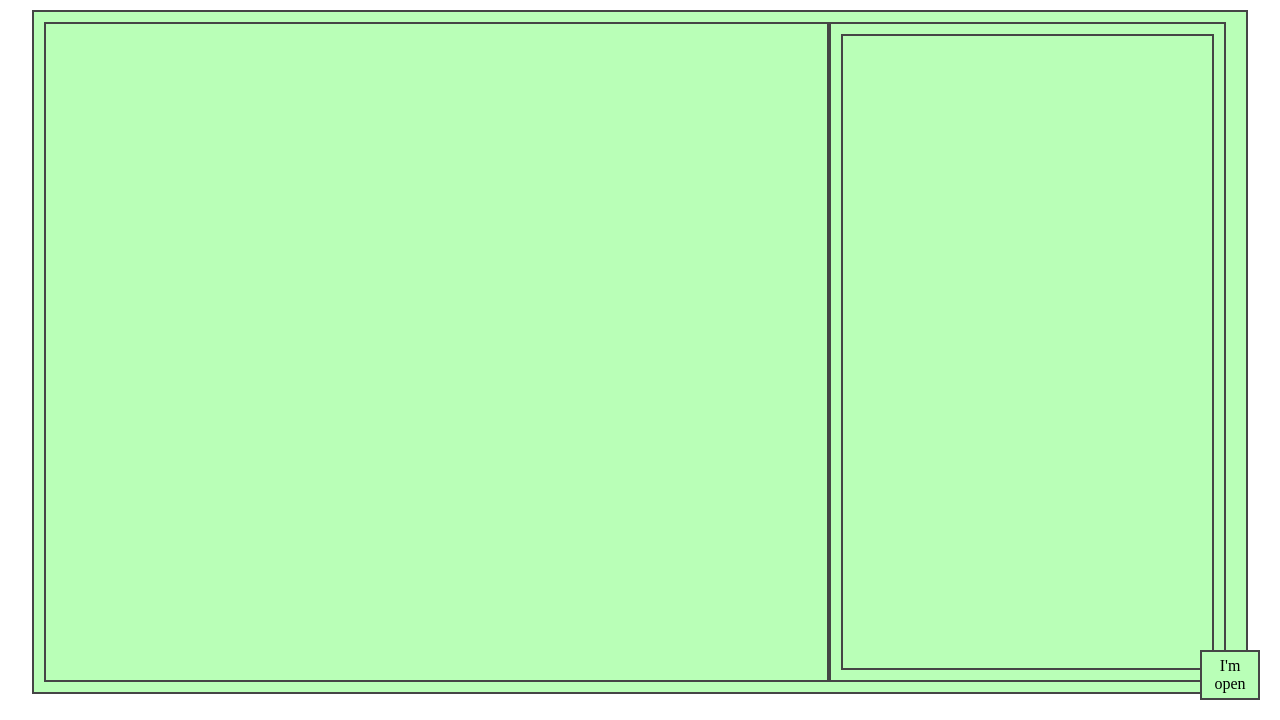
Repository: tannerbroberts/tannerbroberts.github.io
Page: /
An editor plug-in stored every save of this project. The page is shown before and after the next save, followed by the edit.
The browser window is 1280 px wide. The pictures show the whole page.
The project was rebuilt for these pictures with package versions that can differ from the ones it lists, and the page was loaded fresh each time. Also part of the build but not shown: vite.config.ts.

Above is the page before, as saved 2022-10-04 10:16:14.

### src/index.js
import React from "react"
import ReactDOM from "react-dom/client"
import App from "./App"
import ATP_ContextProvider from "./providers/ATP_Context"

const root = ReactDOM.createRoot(document.getElementById("root"))
root.render(
	<React.StrictMode>
		<ATP_ContextProvider>
			<React.StrictMode>
				<App />
			</React.StrictMode>
		</ATP_ContextProvider>
	</React.StrictMode>
)

### src/App.js
import React from "react"
import { cssHelper } from "./api/cssHelper"
import Main from "./components/Main"
import Shelf from "./components/Shelf"

function App() {
	const AppCSS = {
		...cssHelper,
		height: "95vh",
		width: "95vw",
		marginTop: "10px",
		display: "flex",
		position: "relative",
	}

	return (
		<div style={AppCSS}>
			<Main />
			<Shelf />
		</div>
	)
}

export default App

### src/providers/ATP_Context.js
/* eslint-disable react/prop-types */
import React, { useContext, useReducer, createContext } from "react"
import ATP_Reducer, { initialState } from "./ATP_Reducer"

export const ATP_StateContext = createContext()
export const ATP_DispatchContext = createContext()

export default function ATP_ContextProvider({ children }) {
	const [state, dispatch] = useReducer(ATP_Reducer, initialState)

	return (
		<ATP_StateContext.Provider value={state}>
			<ATP_DispatchContext.Provider value={dispatch}>
				{children}
			</ATP_DispatchContext.Provider>
		</ATP_StateContext.Provider>
	)
}

export const useATP_StateContext = () => useContext(ATP_StateContext)
export const useATP_DispatchContext = () =>
	useContext(ATP_DispatchContext)

### src/api/cssHelper.js
export const cssHelper = {
	boxSizing: "border-box",

	height: "100%",
	width: "100%",
	// border: "2px solid black",
	margin: "auto",
	padding: "10px",
	gap: "10px",
	display: "grid",
	// gridTemplateRows / gridTemplateColumns
	gridTemplate: "1fr / 1fr",
	backgroundColor: "rgb(185, 255, 183)",
	border: "2px solid rgb(69, 69, 69)",
}

export const mainColor = {
	backgroundColor: "blue",
}

### src/components/Shelf/index.js
export { default } from "./Shelf"

### src/providers/ATP_Reducer.js
export const initialState = {
	mainStack: [
		/* main frames */
		{ frameType: "", value: "" },
	],
	shelf: {
		/* directly corresponds to the main frame */
	},
	shelfOpen: true,
	library: [
		/* All items live here. Eventually, they're going to be returned from the server */
	],
	filters: [
		/* object list of matchers
		{complexVariableMatcher: criteria list}
		{nameContains: STRING},
		{containsVariable: VARIABLE_ID},
		{color: COLOR},
		{pattern: PATTERN},
		{owner: USER_ID},
		{createdBy: DATE},
		{length: TIME_LENGTH},
		{pattern: PATTERN},
		*/
	],
}

function loadFrame(state, action) {
	const stack = state.mainFrame
	stack.push(action.value)
	return { ...state, mainFrame: stack }
}

function closeFrame(state) {
	const stack = state.mainFrame
	stack.pop()
	return { ...state, mainFrame: stack }
}

function toggleShelf(state) {
	return { ...state, shelfOpen: !state?.shelfOpen }
}

const dispatchDictionary = {
	LOAD_FRAME: loadFrame,
	CLOSE_FRAME: closeFrame,
	TOGGLE_SHELF: toggleShelf,
}

export default function ATP_Reducer(state, action) {
	console.log('calling a reducer function now')
	if (action.type && dispatchDictionary[action.type])
		return dispatchDictionary[action.type](state, action)
}

### src/components/Main/Main.js
import React from "react"
import { cssHelper } from "../../api/cssHelper"

const MainCSS = {
	...cssHelper,
	width: "100%",
}

export default function Main() {
	return <div style={MainCSS} />
}

### src/components/Shelf/Shelf.js
/* eslint-disable react/prop-types */
import React from "react"
import { cssHelper } from "../../api/cssHelper"
import ShelfToggle from "./ShelfToggle"
import { useATP_StateContext } from "../../providers/ATP_Context"

const shelfContentCSS = (openStatus) => {
	const obj = { ...cssHelper }
	openStatus ? '' : (obj.display = "none")

	return obj
}

const shelfCSS = (openStatus) => {
	const obj = { ...cssHelper, position: "relative", width: "50%" }
	openStatus ? obj.right = "10px" : (obj.right = "-100px")

	return obj
}

export default function Shelf() {
	const { shelfOpen } = useATP_StateContext()

	return (
		<div style={shelfCSS(shelfOpen)}>
			<div style={shelfContentCSS(shelfOpen)}></div> {/** content area */}
			<ShelfToggle />
		</div>
	)
}

### src/components/Shelf/ShelfToggle/index.js
export { default } from './ShelfToggle'

### src/components/Shelf/ShelfToggle/ShelfToggle.js
/* eslint-disable react/prop-types */
import React from "react"
import { useATP_StateContext } from "../../../providers/ATP_Context"
import { useATP_DispatchContext } from "../../../providers/ATP_Context"
import { cssHelper } from '../../../api/cssHelper'

export default function ShelfToggle() {
	const state = useATP_StateContext()
	const dispatch = useATP_DispatchContext()

	const shelfToggleCSS = {
		...cssHelper,
		position: "fixed",
		bottom: "20px",
		right: "20px",
		height: "50px",
		width: "60px",
		padding: "5px",
		textAlign: "center",
	}

	return (
		<div
			style={shelfToggleCSS}
			onClick={() => dispatch({ type: "TOGGLE_SHELF" })}
		>
			{state?.shelfOpen ? "I'm open" : "I'm closed"}
		</div>
	)
}

Loaded but not shown: public/index.html (common file); src/components/Main/index.js (common file)

After the next save:
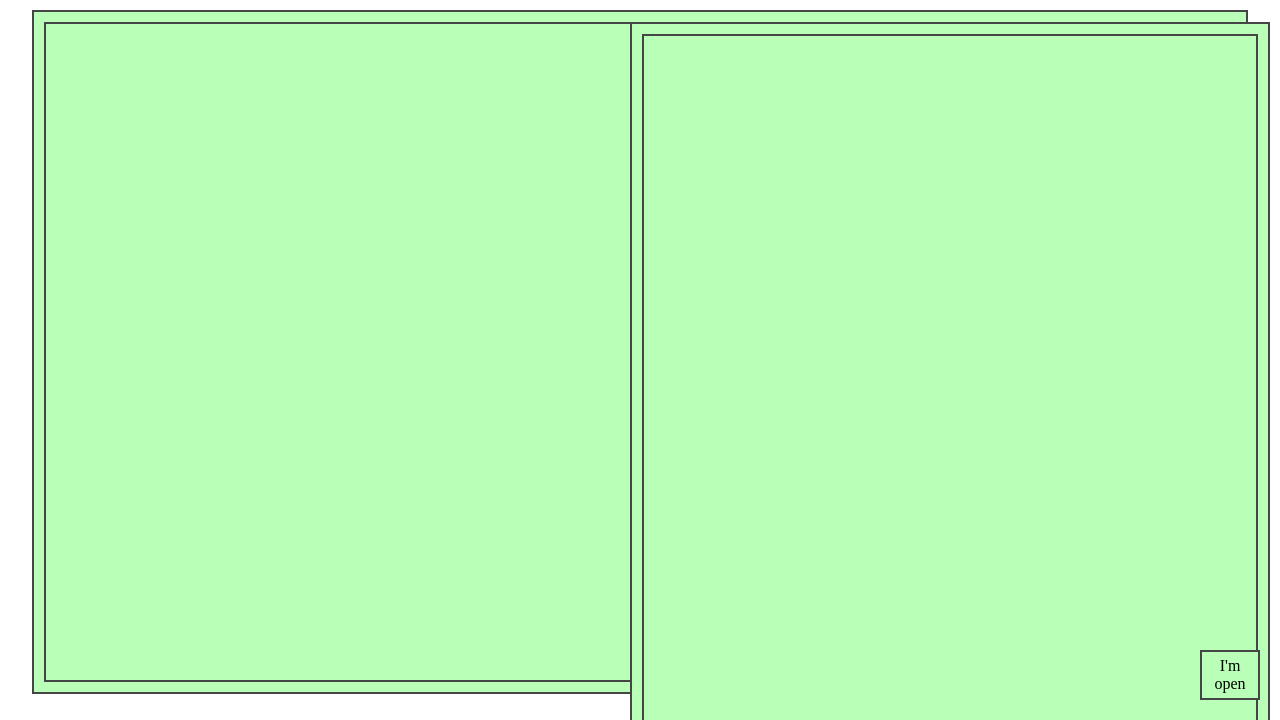
Saved 18 s later.
--- a/src/components/Shelf/Shelf.js
+++ b/src/components/Shelf/Shelf.js
@@ -12,7 +12,7 @@ const shelfContentCSS = (openStatus) => {
 }
 
 const shelfCSS = (openStatus) => {
-	const obj = { ...cssHelper, position: "relative", width: "50%" }
+	const obj = { ...cssHelper, position: "fixed", width: "50%" }
 	openStatus ? obj.right = "10px" : (obj.right = "-100px")
 
 	return obj
